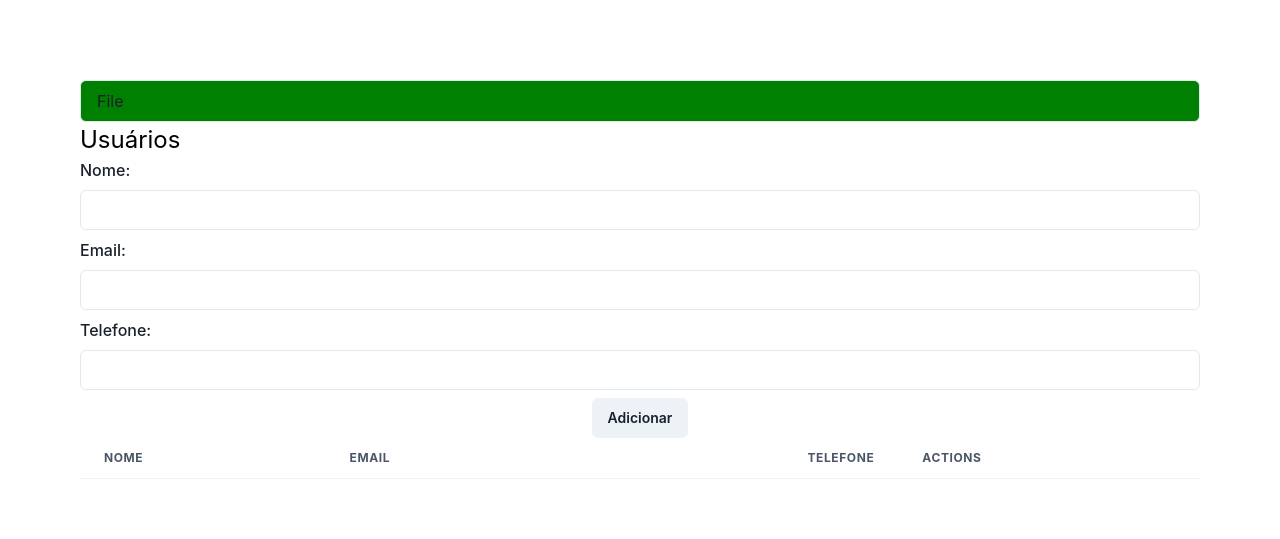
Repository: renan-oliveira93/CRUD-ATERRA
Page: /
The author's editor kept a copy of each file at every save. The page is drawn from the files as they stood at one save, then again after the next save.
The browser window is 1280 px wide. The pictures show the whole page.
The page's requests for data from a server got no answer. The project was rebuilt for these pictures with package versions that can differ from the ones it lists, and the page was loaded fresh each time. The framework's server and built-in components were replaced by stand-ins that run in the browser. No one was signed in, and anything a server would have sent is missing. Also part of the build but not shown: next.config.js.

Above is the page before, as saved 2022-02-02 12:50:45.

### pages/_app.js
import '../styles/globals.css'
import { ChakraProvider } from '@chakra-ui/react'

function MyApp({ Component, pageProps }) {
  return (
    <ChakraProvider>
         <Component {...pageProps} />
    </ChakraProvider>
  )

}

export default MyApp

### pages/index.js
import {
  Flex,
  Text,
  Box,
  Input,
  FormControl,
  FormLabel,
  Table,
  Thead,
  Tbody,
  Tr,
  Th,
  Td,
  VStack,
  Menu,
  MenuItem,
 } from '@chakra-ui/react'
import { Button } from '@chakra-ui/react'
import { useEffect } from 'react';
import { useState } from 'react/cjs/react.development'
import api from './services/api';


export default function Home() {

  //funções de armazenamento de dados
  const [usuarios, setUsuarios] = useState ([]);
  const [id, setId] = useState (null);

  const [name, setName] = useState ('');
  console.log({name})

  const [email, setEmail] = useState ('');
  console.log({email})

  const [telefone, setTelefone] = useState ('');
  console.log({telefone})

  //funções que controlam os eventos nos imputs
  const handleChangeName = (text) =>{
    setName(text)
  }

  const handleChangeEmail = (text) =>{
    setEmail(text)
  }

  const handleChangeTelefone = (text) =>{
    setTelefone(text)
  }

  //função que controla o botão de submit
  const handleSubmit = async (event) => {
    event.preventDefault()

    try{
      const response = await api.post('/usuarios', {name, email, telefone})
      console.log(response)

      setUsuarios(usuarios.concat(data.data))

      setName('')
      setEmail('')
      setTelefone('')
    }catch(err){
      console.log(err)
    }

  }

  //função para trazer usuarios do banco de dados e imprimir na tela
  useEffect(() => {
    api.get('/usuarios').then(({data}) => {
      setUsuarios(data.data)
    })
  }, [])

  //função de controle do delete
  const handleDelete = async (_id) =>{
    try{
      await api.delete(`/usuarios/${_id}`)

      setUsuarios(usuarios.filter(usuario => usuario._id !== _id))
    }catch(err){
      console.log(err)
    }

  }

  //funções de controle de update
  const handleUpdate = async (event) => {
    event.preventDefault()

    try {
      await api.put(`/usuarios/${id}`, {name, email, telefone})
      setUsuarios(usuarios.map(usuario => usuario._id === id ?{name, email, telefone, _id : id} : usuario))

    setName('')
    setEmail('')
    setTelefone('')
    setId(null)
    } catch (err) {
      console.log(err)
    }
  }

  const handleUpdateSubmit = (usuario) => {
    setId(usuario._id)
    setName(usuario.name)
    setEmail(usuario.email)
    setTelefone(usuario.telefone)

  }

  return (
    <Box margin='5rem' >
      <Menu>
          <MenuItem
            px={4}
            py={2}
            transition='all 0.2s'
            borderRadius='md'
            borderWidth='1px'
            bgColor={'green'}
            _expanded={{ bg: 'blue.400' }}
            _focus={{ boxShadow: 'outline' }}
          >
          File
  </MenuItem>

</Menu>

      <Flex color='white' justifyContent='space-between' >
          <Text color='black' fontSize='2xl'>Usuários</Text>
      </Flex>

      <VStack marginy='1rem' as='form' onSubmit={id ? handleUpdate : handleSubmit}>
        <FormControl>
          <FormLabel >Nome:</FormLabel>
            <Input
            type='text'
            value={name}
            onChange={event => handleChangeName(event.target.value)}
            />

        </FormControl>

        <FormControl>
          <FormLabel>Email:</FormLabel>
            <Input
            type='email'
            value={email}
            onChange={event => handleChangeEmail(event.target.value)}
            />

        </FormControl>

        <FormControl>
          <FormLabel >Telefone:</FormLabel>
            <Input
            type='tel:'
            value={telefone}
            onChange={event => handleChangeTelefone(event.target.value)}
            />

        </FormControl>

        <Button fontSize='sm' margin='1rem' alignself='flex-end' colorScheme='gray' type='submit'>{id? 'Atualizar' : 'Adicionar'}</Button>

      </VStack>

      <Table variant='simple'>

        <Thead>

          <Tr>
            <Th>Nome</Th>
            <Th>Email</Th>
            <Th isNumeric>Telefone</Th>
            <Th>Actions</Th>
          </Tr>

        </Thead>

        <Tbody>

          {usuarios.map(usuario => (
            <Tr key={usuario.name}>
              <Td>{usuario.name}</Td>
              <Td>{usuario.email}</Td>
              <Td isNumeric>{usuario.telefone}</Td>
              <Td>
                <Flex justifyContent='space-between'>
                  <Button size="sm" fontSize="smaller" colorScheme="yellow" mr="2"
                  onClick={() => handleUpdateSubmit(usuario)}>Editar</Button>
                  <Button size='sm' colorScheme='red'
                  onClick={() => handleDelete(usuario._id)}>Remover</Button>
                </Flex>
              </Td>
            </Tr>
          ))}

        </Tbody>

     </Table>

    </Box>

  )
};

### pages/services/api.js
import axios from "axios"

const api = axios.create({
    baseURL: 'http://localhost:3000/api'
})

export default api

Loaded but not shown: styles/globals.css (common file)

After the next save:
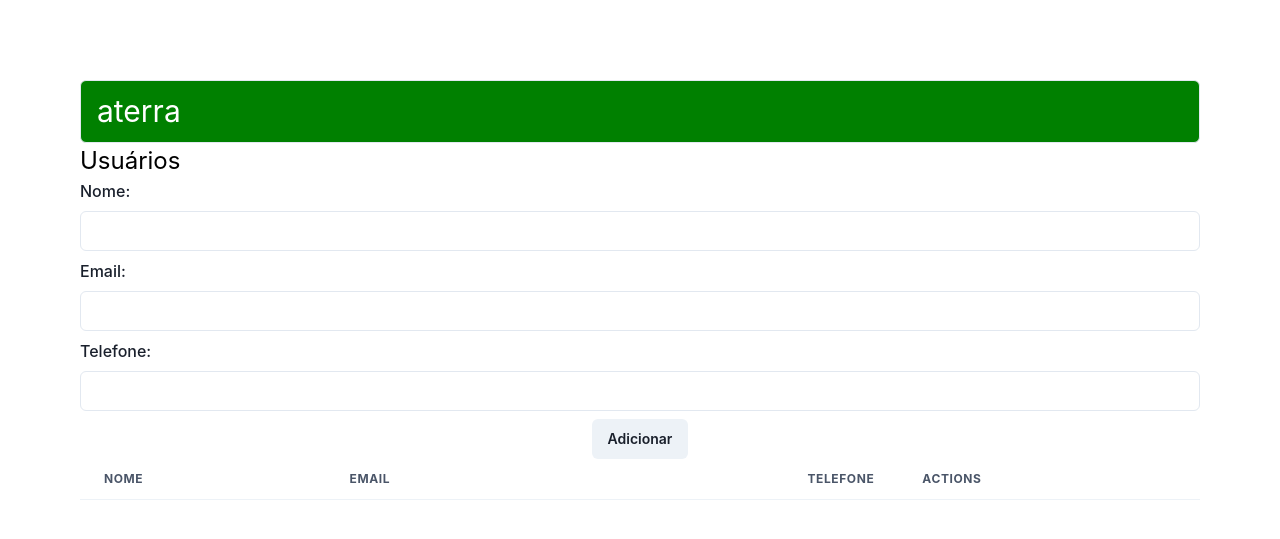
Saved 63 s later.
--- a/pages/index.js
+++ b/pages/index.js
@@ -122,10 +122,12 @@ export default function Home() {
             borderRadius='md'
             borderWidth='1px'
             bgColor={'green'}
+            color={'white'}
+            fontSize={'3xl'}
             _expanded={{ bg: 'blue.400' }}
             _focus={{ boxShadow: 'outline' }}
           >
-          File
+          aterra
   </MenuItem>
 
 </Menu>
